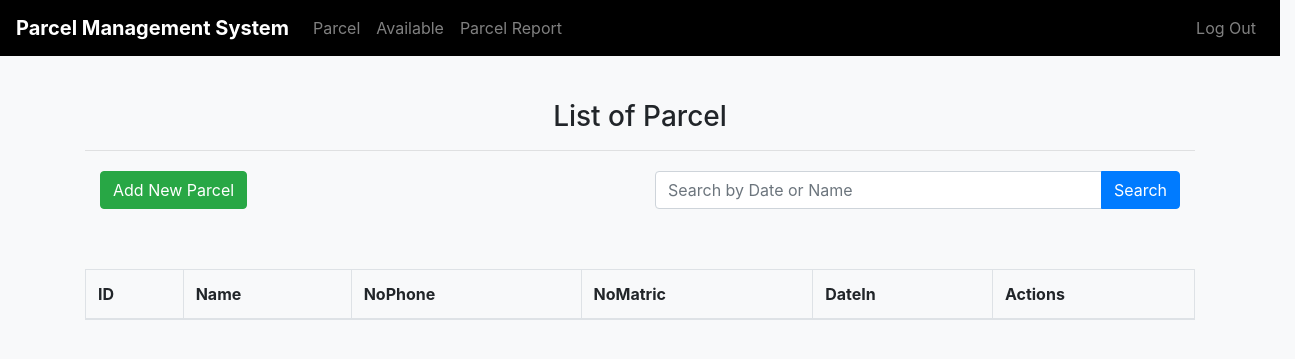
Repository: fikriupm/ParcelManagement_CBSEProject
Page: http://localhost/ParcelManagementSystem/list
These files come from the project's save history. The page is drawn as it stood at one moment and after the next save; the edit follows.
The browser window is 1280 px wide. The page is 1295 px wide, so the pictures cover 1295 px, including what lies to the right of the window. The pictures show the whole page.
The page is served by Tomcat 9. Queries for data that is not in the repository find no rows.

Above is the page before, as saved 2023-06-21 07:53:35.

After the next save:
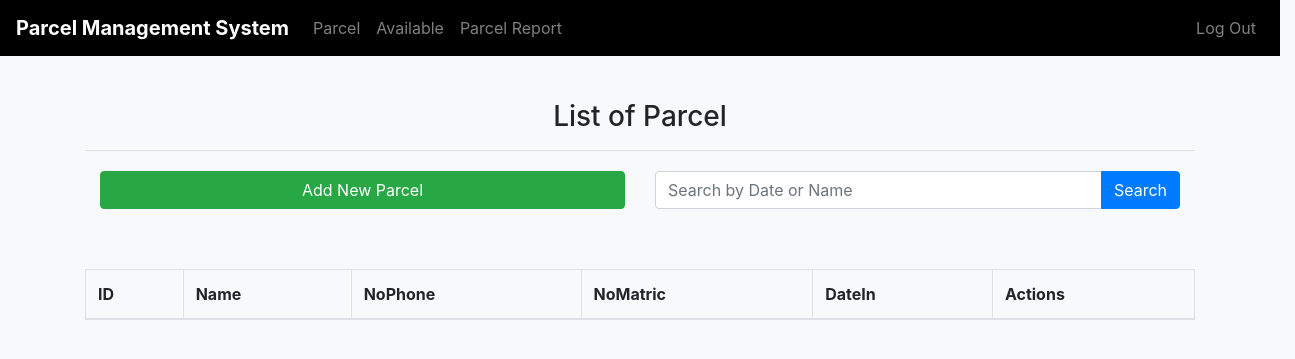
Saved 3 min 43 s later.
--- a/ParcelManagementSystem/src/main/webapp/user-list.jsp
+++ b/ParcelManagementSystem/src/main/webapp/user-list.jsp
@@ -89,7 +89,7 @@
     <div class="row">
     <div class="col-md-6">
         <div class="text-left">
-            <a href="<%=request.getContextPath()%>/new" class="btn btn-success">Add New Parcel</a>
+            <a href="<%=request.getContextPath()%>/new" class="btn btn-success btn-block btn-add">Add New Parcel</a>
         </div>
     </div>
     <div class="col-md-6">
